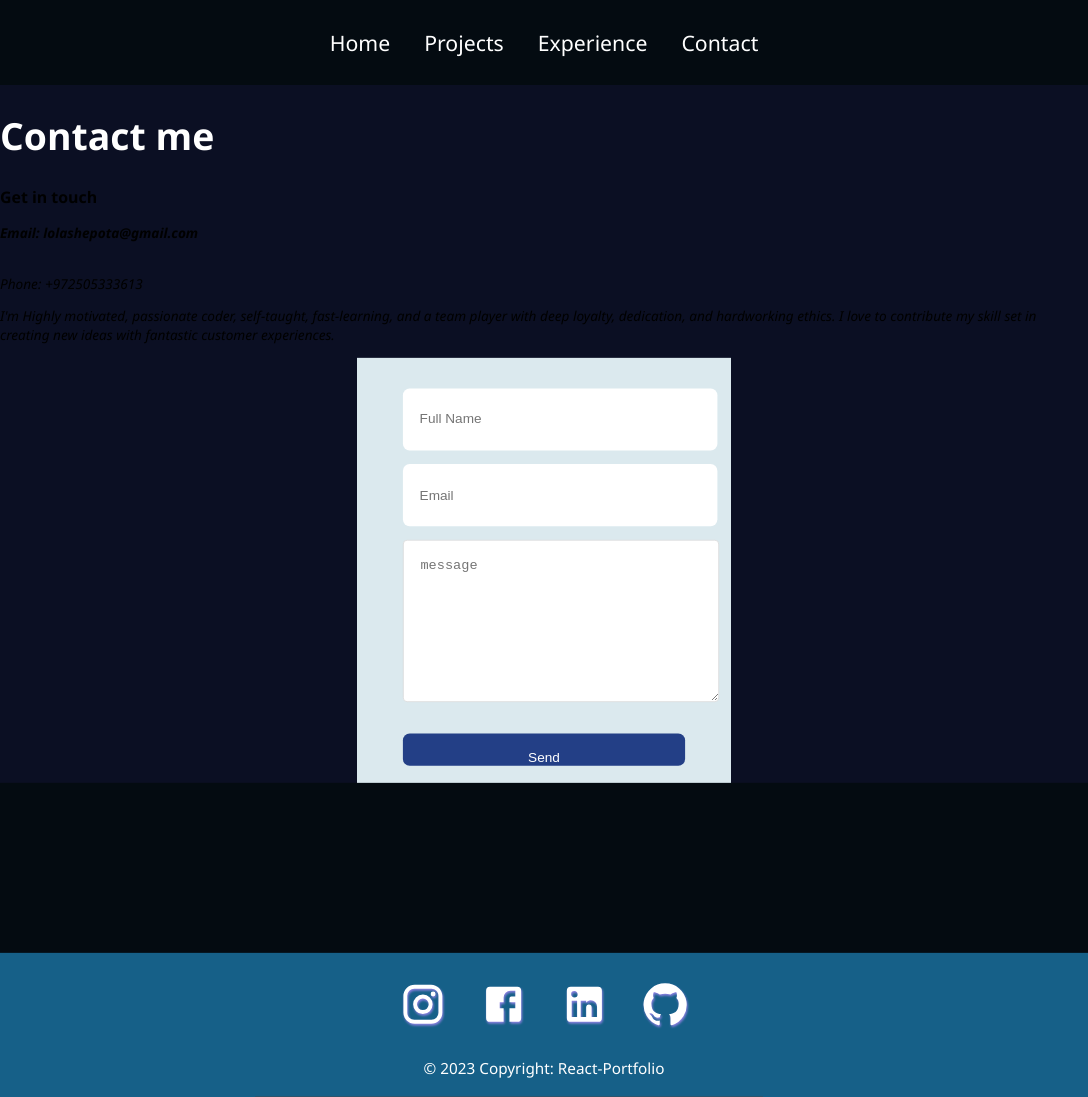
Repository: LolaSL/react-portfolio
Page: /contact
An editor plug-in stored every save of this project. The page is shown before and after the next save, followed by the edit.
The browser window is 1280 px wide. The pictures show the whole page, at 85% of full size.
The project was rebuilt for these pictures with package versions that can differ from the ones it lists, and the page was loaded fresh each time. Also part of the build but not shown: src/pages/Home/Style.css, src/pages/Home/Home.jsx, src/components/ProjectItem/Style.css, src/components/ProjectItem/ProjectItem.jsx, src/helpers/ProjectList.js, src/pages/Projects/Style.css, src/pages/Projects/Projects.jsx, src/pages/Experience/Style.css and 2 more.

Above is the page before, as saved 2023-09-27 18:01:27.

### src/App.js
import './App.css';
import { BrowserRouter as Router, Routes, Route } from 'react-router-dom';
import Home from './pages/Home/Home.jsx';
import Projects from './pages/Projects/Projects.jsx';
import Experience from './pages/Experience/Experience.jsx';
import Navbar from "./components/Navbar/Navbar.jsx";
import Footer from './components/Footer/Footer.jsx';
import ProjectDetail from './pages/ProjectDetail/ProjectDetail';
import Contact from './pages/Contact/Contact';


function App() {
  return (
    <div className="App">
      <Router>
      <Navbar />
        <Routes>
          <Route path="/" element={<Home />} />
          <Route path="/projects" element={<Projects />} />
          <Route path="/project/:id" element={<ProjectDetail />} />
          <Route path="/experience" element={<Experience />} />
          <Route path="/contact" element ={<Contact/>}/>
        </Routes>
        <Footer />
      </Router>
    </div>
  );
}

export default App;

### src/App.css
.App {
  width: 100%;
  height: auto;
  display: flex;
  flex-direction: column;
  font-family:'Segoe UI', Tahoma, Geneva, Verdana, sans-serif;
  background-color: #040b11;
}

body {
  margin: 0;
  padding: 0;
}

### src/components/Navbar/Navbar.jsx
import React, { useEffect, useState } from "react";
import { Link, useLocation } from "react-router-dom";
import DehazeIcon from "@mui/icons-material/Dehaze";
import "./Style.css";

const Navbar = () => {
  const [expandNavbar, setExpandNavbar] = useState(false);
  const location = useLocation();
  useEffect(() => {
    setExpandNavbar(false);
  }, [location]);
  return (
    <div className="navbar" id={expandNavbar ? "open" : "close"}>
      <div className="toggleButton">
        <button
          onClick={() => {
            setExpandNavbar((prev) => !prev);
          }}
        >
          <DehazeIcon />
        </button>
      </div>
      <div className="links">
        <Link to="/"> Home </Link>
        <Link to="/projects"> Projects </Link>
        <Link to="/experience"> Experience </Link>
        <Link to="/contact"> Contact </Link>
      </div>
    </div>
  );
};

export default Navbar;

### src/components/Footer/Footer.jsx
import React from "react";
import { Link } from "react-router-dom";
import InstagramIcon from "@mui/icons-material/Instagram";
import FacebookIcon from "@mui/icons-material/Facebook";
import LinkedInIcon from "@mui/icons-material/LinkedIn";
import GitHubIcon from "@mui/icons-material/GitHub";
import "./Style.css";

const Footer = () => {
  return (
    <div className="footer">
      <div className="socialMedia">
        <Link to="https://www.instagram.com">
          <InstagramIcon />
        </Link>
        <Link to="https://www.facebook.com">
          <FacebookIcon />
        </Link>
        <Link to="https://www.linkedin.com/in/lola-s-2aba6340-lo">
          <LinkedInIcon />
        </Link>
        <Link to="https://github.com">
          <GitHubIcon />
        </Link>
      </div>
      <div className="copyright">
        <p>&copy; {new Date().getFullYear()} Copyright: React-Portfolio</p>
      </div>
    </div>
  );
};

export default Footer;

### src/pages/Contact/Contact.jsx
import React, { useRef } from "react";
import emailjs from "@emailjs/browser";
import { Container, Row, Col } from "react-bootstrap";
import { contactConfig } from "./contactConfig";
import "./Style.css";

const ContactForm = () => {
  const form = useRef();

  const sendEmail = (e) => {
    e.preventDefault();

    emailjs.sendForm("MY_SERVICE", "MY-TEMPLATE", form.current, "MY-KEY").then(
      (result) => {
        console.log(result.text);
        console.log("message sent");
      },
      (error) => {
        console.log(error.text);
      }
    );
  };
  return (
    <Container>
      <Row>
        <Col>
          {" "}
          <h1 classname="display-4 mb-4">Contact me</h1>
        </Col>
      </Row>
      <Row className="sec-sp">
        <Col lg="5" classname="mb-5">
          <h3 className="color_sec py-4">Get in touch</h3>
          <address>
            <strong>Email: lolashepota@gmail.com</strong>
            <br />
            <br />
            <p>Phone: +972505333613</p>
            <p>{contactConfig.description}</p>
          </address>
        </Col>
        <Col lg="7" className="d-flex align-items-center">
          <form ref={form} onSubmit={sendEmail} className="contact-form w-100">
            <Row className="mb-4">
              <Col lg="6" className="form-group">
                <input
                  type="text"
                  id="user_name"
                  name="user_name"
                  className="form-control "
                  placeholder="Full Name"
                />
              </Col>
              <Col lg="6" className="form-group">
                <input
                  type="email"
                  id="user_email"
                  name="user_email"
                  className="form-control"
                  placeholder="Email"
                />
              </Col>
              <textarea
                name="message"
                id="message"
                className="form-control rounded-0"
                placeholder="message"
              />
              <input type="submit" value="Send" disabled={true} />
            </Row>
          </form>
        </Col>
      </Row>
    </Container>
  );
};

export default ContactForm;

### src/components/Navbar/Style.css
.navbar {
  width: 100%;
  height: 100px;
  background: ;
}

.links {
  width: 100%;
  height: 100%;
  display: flex;
  align-items: center;
  justify-content: center;
  color: white;
}

.navbar a {
  color: white;
  text-decoration: none;
  margin: 20px;
  font-size: 25px;
}

.toggleButton {
  width: 100%;
  height: 100px;
  display: flex;
  align-items: center;
  justify-content: flex-end;
}

.toggleButton svg {
  font-size: 50px;
}
.toggleButton button {
  margin-right: 20px;
  padding: 8px;
  background-color: transparent;
  border: none;
  color: white;
  cursor: pointer;
}

#open {
  height: 100vh;
}

#open .links {
  flex-direction: column;
  justify-content: flex-start;
  margin-top: 100px;
}

#open a {
  width: 100%;
  text-align: center;
}

@media only screen and (max-width: 900px) {
  .navbar a {
    width: 600px;
  }
}

@media only screen and (max-width: 600px) {
  .toggleButton {
    display: flex;
  }
  #close a {
    display: none;
  }
}

@media only screen and (min-width: 600px) {
  .toggleButton {
    display: none;
  }

  .hiddenLinks {
    display: none;
  }

  #open {
    height: 100px;
  }

  #open .links {
    flex-direction: row;
  }
}

### src/components/Footer/Style.css
.footer {
    width: 100%;
    height: 155px;
    background: #166088;
    display: flex;
    justify-content: center;
    align-items: center;
    flex-direction: column;
    padding-top: 10px;
    margin-top: 200px;
    position: related;
    bottom: 0;
    left: 0;
    right: 0;
  }
  .footer{
    height: 22vh;
  }
  .socialMedia svg{
    color: white;
    margin: 20px;
    font-size: 55px;
    cursor: pointer;
    margin-bottom: 10px;
  }
  .socialMedia svg:hover{
    color: #e76972;
    margin: 20px;
    font-size: 55px;
    cursor: pointer;
    margin-bottom: 10px;
    background-color: transparent;
    transition: all ease 0.3s;
    border: none;
    text-shadow: 0 0 0.625em #d83535;
  }
.copyright p{
    color: white;
    font-size: 18px;
  }

  @media only screen and (max-width: 600px) {
    .footer svg {
      font-size: 50px;
    }
    .copyright p{
      font-size: 16px;
    }
  }

### src/pages/ProjectDetail/Style.css
.project {
  width: 100%;
    height: auto;
    display: flex;
    justify-content: center;
    align-items: center;
    flex-direction: column;
    color: #3e497a;
}

.project  h1 {
  text-align: center;
  color: #3e497a;
  font-size:50px;
  font-weight: bolder;
  margin-top: 30px

}
.project img {
  max-width: 700px;
  border-radius: 10px;
  margin-bottom: 40px;
}

.project h3 {
  font-size: 1.7rem;
  color: #3e497a;
  padding: 50px;
  text-align: justify;
}
a {
  text-decoration: none;
  color: rgb(11, 37, 185);
  font-weight: normal;
  font-size: 24px;
}
a:hover {
  text-decoration: none;
   color: #e76972;
  font-weight: bold;
  transition: all ease 0.3s;
  font-size: 24px;
  cursor: pointer;
  text-shadow: 0 0 0.625em #d83535;
}
.project svg {
  font-size: 60px;
  color: #3e497a;
}
.project svg:hover {
  color: #2d2d84;
  cursor: pointer;
}
svg {
  filter: drop-shadow(1px 2px 1px rgb(144, 130, 227));
}
@media only screen and (max-width: 1300px) {
  .project img {
    max-width: 500px;
    border-radius: 8px;
  }
  .project h1 {
    font-size: 1.8rem;
  }
  .project h3 {
    font-size: 1.4rem;
  }
}

@media only screen and (max-width: 800px) {
  .project img {
    max-width: 374px;
    border-radius: 6px;
  }
  .project h1 {
    font-size:37px;
    text-align: center;
    color: #3e497a;
  }
  .project h3 {
    font-size: 1.3rem;
  }

}

### src/pages/Contact/contactConfig.js
// const contactConfig = {
//     description: "I'm Highly motivated, passionate coder, self-taught, fast-learning, and a team player with deep loyalty, dedication, and hardworking ethics. I love to contribute my skill set in creating new ideas with fantastic customer experiences."
// }
// export {
//     contactConfig
// }
const logotext = 'Lola Shepota';
const meta = {
    title: 'Lola Shepota',
    description:
        "I'm Highly motivated, passionate coder, Full-Stact Junior. ",
};

const introdata = {
    title: 'I’m John Doe',
    animated: {
        first: 'I love coding',
        second: "I'm creating new ideas with fantastic customer experiences",
        third: 'A team player with deep loyalty',
    },
    description:
        "I'm self-taught, fast-learning, and  dedication, and hardworking ethics. I love contributing my skills to code websites.",
    your_img_url: 'https://avatars.githubusercontent.com/u/67796082?v=4',
};

const dataabout = {
    title: 'About my self',
    aboutme:
        'Lorem ipsum dolor sit amet, consectetur adipiscing elit. Praesent quis dolor id ligula semper elementum feugiat pretium nulla. Nunc non commodo dolor. Nunc mollis dignissim facilisis. Morbi ut magna ultricies.',
};
const worktimeline = [
    {
        jobtitle: 'Designer of week',
        where: 'YAdfi',
        date: '2020',
    },
    {
        jobtitle: 'Designer of week',
        where: 'Jamalya',
        date: '2019',
    },
    {
        jobtitle: 'Designer of week',
        where: 'ALquds',
        date: '2019',
    },
];



const services = [
    {
        title: 'UI & UX Design',
        description:
            'Lorem ipsum dolor sit amet, consectetur adipiscing elit. Sed at nisl euismod urna bibendum sollicitudin.',
    },
    {
        title: 'Mobile Apps',
        description:
            'Lorem ipsum dolor sit amet, consectetur adipiscing elit. Sed at nisl euismod urna bibendum sollicitudin.',
    },
    {
        title: 'Wordpress Design',
        description:
            'Lorem ipsum dolor sit amet, consectetur adipiscing elit. Sed at nisl euismod urna bibendum sollicitudin.',
    },
];

const contactConfig = {
    YOUR_EMAIL: 'lolashepota@gmail.com',
    YOUR_FONE: '(555)123-4567',
    description:
        "I'm Highly motivated, passionate coder, self-taught, fast-learning, and a team player with deep loyalty, dedication, and hardworking ethics. I love to contribute my skill set in creating new ideas with fantastic customer experiences.",
    YOUR_SERVICE_ID: 'service_id',
    YOUR_TEMPLATE_ID: 'template_id',
    YOUR_USER_ID: 'user_id',
};


export {
    meta,
    dataabout,
    worktimeline,
    services,
    introdata,
    contactConfig,
    logotext,
};

### src/pages/Contact/Style.css
.container {
  background-color:#0b0f23
}
.contact-form {
  max-width: 400px;
  margin: 0 auto;
  padding: 20px;
  background-color: #dbe9ee;
  display: flex;
  flex-direction: column;
  align-items: center;
  color: #1e3183;
  font-size: 18px;
  font-weight: 600;


}
h1{
  font-size: 44px;
 color: white;


}
  input {
    width: 100%;
    height: 35px;
    padding: 9px;
    outline: none;
    border-radius: 5px;
    border: 1px solid rgb(220, 220, 220);

    &:focus {
      border: 2px solid rgba(0, 206, 158, 1);
    }
  }
  input,
  textarea {
    width: 100%;
    font-size: 1rem;
    padding: 1.2rem;
    color: grey;
    background-color: dark;
    outline: none;
    border: none;
    border-radius: 8px;
    margin-top: 1rem;
  }
  textarea {
   width: 100%;
    max-height: 100px;
    border-radius: 8px;
    padding: 1.2rem;
    outline: none;
    border-radius: 5px;
    border: 1px solid rgb(220, 220, 220);
    min-height:150px;
    resize: vertical;
    &:focus {
      border: 2px solid rgba(0, 206, 158, 1);
    }
  }

  input[type="submit"] {
    margin-top: 2rem;
    cursor: pointer;
    background: #233f86;
    color: white;
    border: none;
    width: 100%;
  }
  input:hover[type="submit"] {
    margin-top: 2rem;
    cursor: pointer;
    background: #e76972;
    color: white;
    border: none;
  }

/*
  .form-group {
    width: 100%;
    margin-bottom: 2rem;
  }
  label {
    font-size: 1.8rem;
  }
  input,
  textarea {
    width: 100%;
    font-size: 2rem;
    padding: 1.2rem;
    color: var(--gray-1);
    background-color: var(--deep-dark);
    outline: none;
    border: none;
    border-radius: 8px;
    margin-top: 1rem;
  }
  textarea {
    min-height: 250px;
    resize: vertical;
  }
  button[type='submit'] {
    background-color: var(--gray-1);
    color: var(--black);
    font-size: 2rem;
    display: inline-block;
    outline: none;
    border: none;
    padding: 1rem 4rem;
    border-radius: 8px;
    cursor: pointer;
  } */

Loaded but not shown: public/index.html (common file); src/index.js (common file); src/reportWebVitals.js (common file)

After the next save:
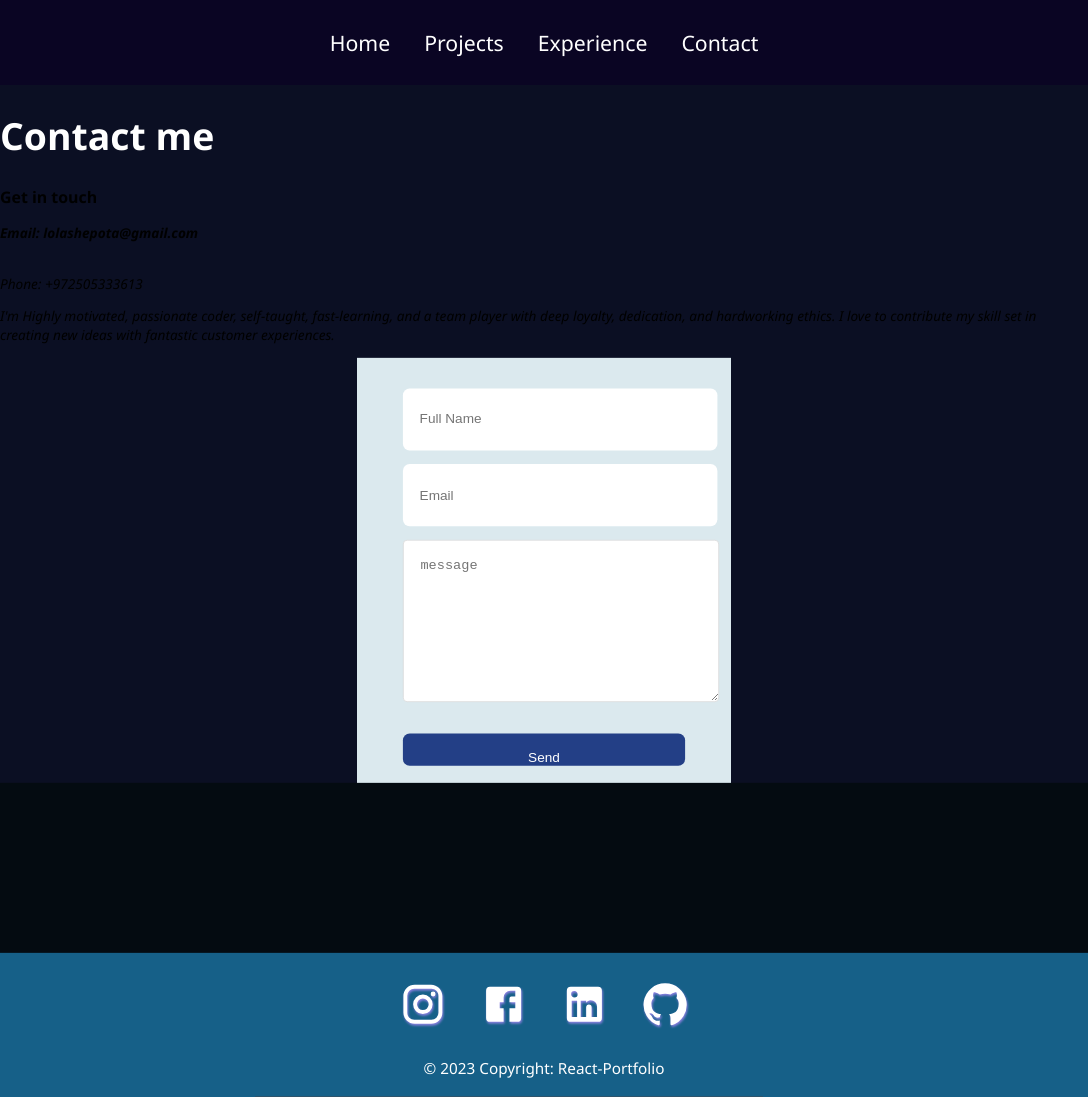
Saved 12 s later.
--- a/src/components/Navbar/Style.css
+++ b/src/components/Navbar/Style.css
@@ -1,7 +1,7 @@
 .navbar {
   width: 100%;
   height: 100px;
-  background: ;
+  background: #0a0523;
 }
 
 .links {
